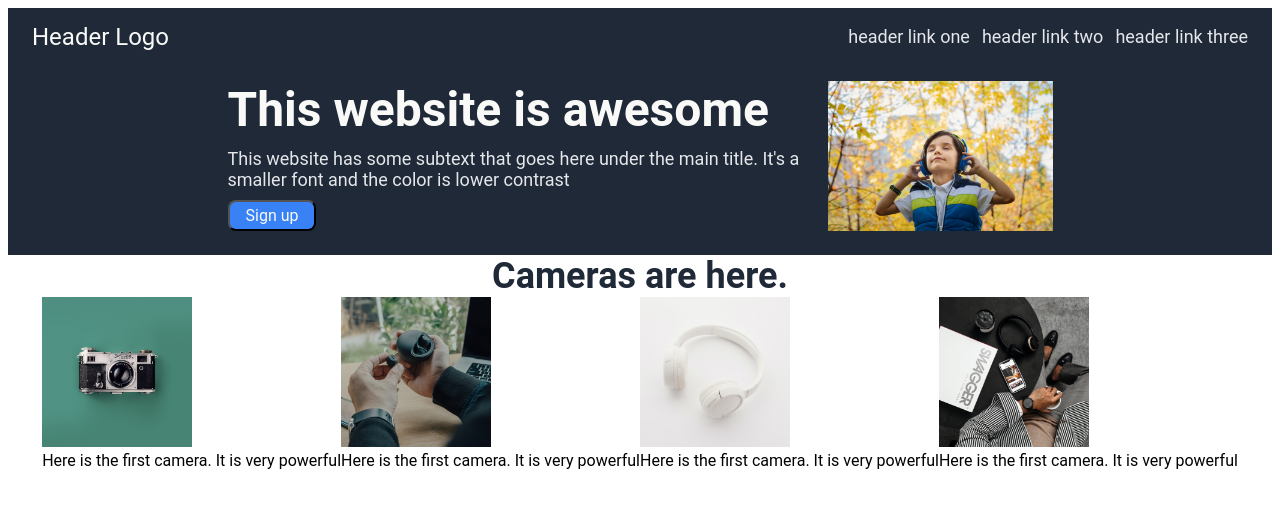
Repository: z1youRA/FirstWebsite
Page: index.html
An editor plug-in stored every save of this project. The page is shown before and after the next save, followed by the edit.
The browser window is 1280 px wide. The pictures show the whole page.

Above is the page before, as saved 2021-11-25 17:45:05.

### index.html
<!DOCTYPE html>
<html lang="en">
<head>
    <meta charset="UTF-8">
    <meta http-equiv="X-UA-Compatible" content="IE=edge">
    <meta name="viewport" content="width=device-width, initial-scale=1.0">
    <title>The Odin Project</title>
    <link rel="stylesheet" href="styles.css">
</head>
<body>
    <div class="hero">
        <div class="header">
            <div class="logo">Header Logo</div>
                <ul class="right-links">
                    <li><a href="google.com">header link one</a></li>
                    <li><a href="google.com">header link two</a></li>
                    <li><a href="google.com">header link three</a></li>
                </ul>
        </div>
        <div class="container">
            <div class="text">
                <div class="main">This website is awesome</div>
                <div class="secondary">This website has some subtext that goes here under the main title. It's a smaller font and the color is lower contrast</div>
                <button>Sign up</button>
            </div>
            <img src="images/hero.jpg">
        </div>
    </div>
    <div class="info">
        <div class="header">Cameras are here.</div>
        <div class="pics">
            <div class="camera">
                <img src="images/img1.jpg">
                <div>Here is the first camera. It is very powerful</div>
            </div>
            <div class="camera">
                <img src="images/img2.jpg">
                <div>Here is the first camera. It is very powerful</div>
            </div>
            <div class="camera">
                <img src="images/img3.jpg">
                <div>Here is the first camera. It is very powerful</div>
            </div>
            <div class="camera">
                <img src="images/img4.jpg">
                <div>Here is the first camera. It is very powerful</div>
            </div>

        </div>
    </div>

</body>
</html>

### styles.css
* {
    font-family:roboto, 'Gill Sans', 'Gill Sans MT', Calibri, 'Trebuchet MS', sans-serif;
}

.hero {
    background-color: #1f2937;
    display: flex;
    flex-direction: column;
}

.hero .header {
    display: flex;
    align-items: center;
    justify-content: space-between;
    padding: 0 24px 0;
    margin-bottom: 16px;
}

.container {
    display: flex;
    align-items: center;
    justify-content: center;
    margin-bottom: 24px;
}

button {
    background-color: #3882f6;
    color: #F9FAF8;
    border-radius: 8px;
    font-size: 16px;
    padding: 4px 16px;
    align-self: flex-start;
}

.text {
    display: flex;
    flex-direction: column;
    justify-content: space-between;
    height: 150px;
    max-width: 600px;
    flex-wrap: nowrap;
}

img {
    max-height: 150px;
}

.header .logo {
    font-size: 24px;
    color: #F9FAF8;
}

.header .right-links {
    font-size: 18px;
    color: #e5e7eb;
    display: flex;
    flex-direction: row;
    gap: 12px;
}

.hero .main {
    font-size: 48px;
    font-weight:bolder;
    color: #F9FAF8;
}

.hero .secondary {
    font-size: 18px;
    color: #e5e7eb;
}

ul {
    list-style-type: none;
}

.header a {
    text-decoration: none;
    color: #e5e7eb;
}

.device {
    text-align: center;
}

.info .header {
    text-align: center;
    font-size: 36px;
    font-weight: bolder;
    color: #1f2937;
}

.info .pics {
    display: flex;
    justify-content: center;
}

After the next save:
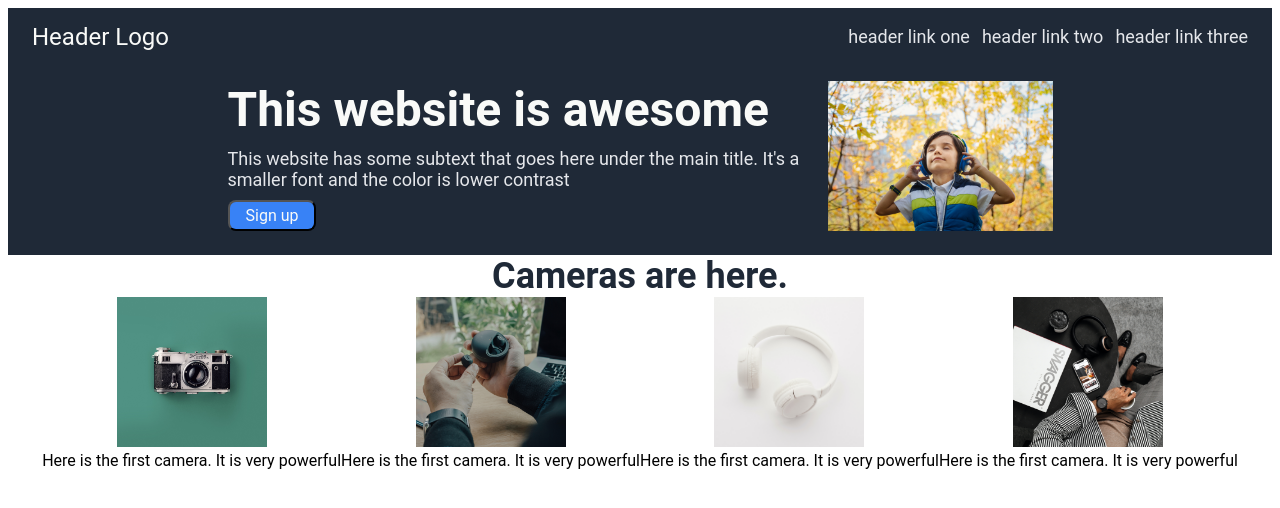
Saved 3 min 13 s later.
--- a/index.html
+++ b/index.html
@@ -29,19 +29,19 @@
     <div class="info">
         <div class="header">Cameras are here.</div>
         <div class="pics">
-            <div class="camera">
+            <div class="device">
                 <img src="images/img1.jpg">
                 <div>Here is the first camera. It is very powerful</div>
             </div>
-            <div class="camera">
+            <div class="device">
                 <img src="images/img2.jpg">
                 <div>Here is the first camera. It is very powerful</div>
             </div>
-            <div class="camera">
+            <div class="device">
                 <img src="images/img3.jpg">
                 <div>Here is the first camera. It is very powerful</div>
             </div>
-            <div class="camera">
+            <div class="device">
                 <img src="images/img4.jpg">
                 <div>Here is the first camera. It is very powerful</div>
             </div>
